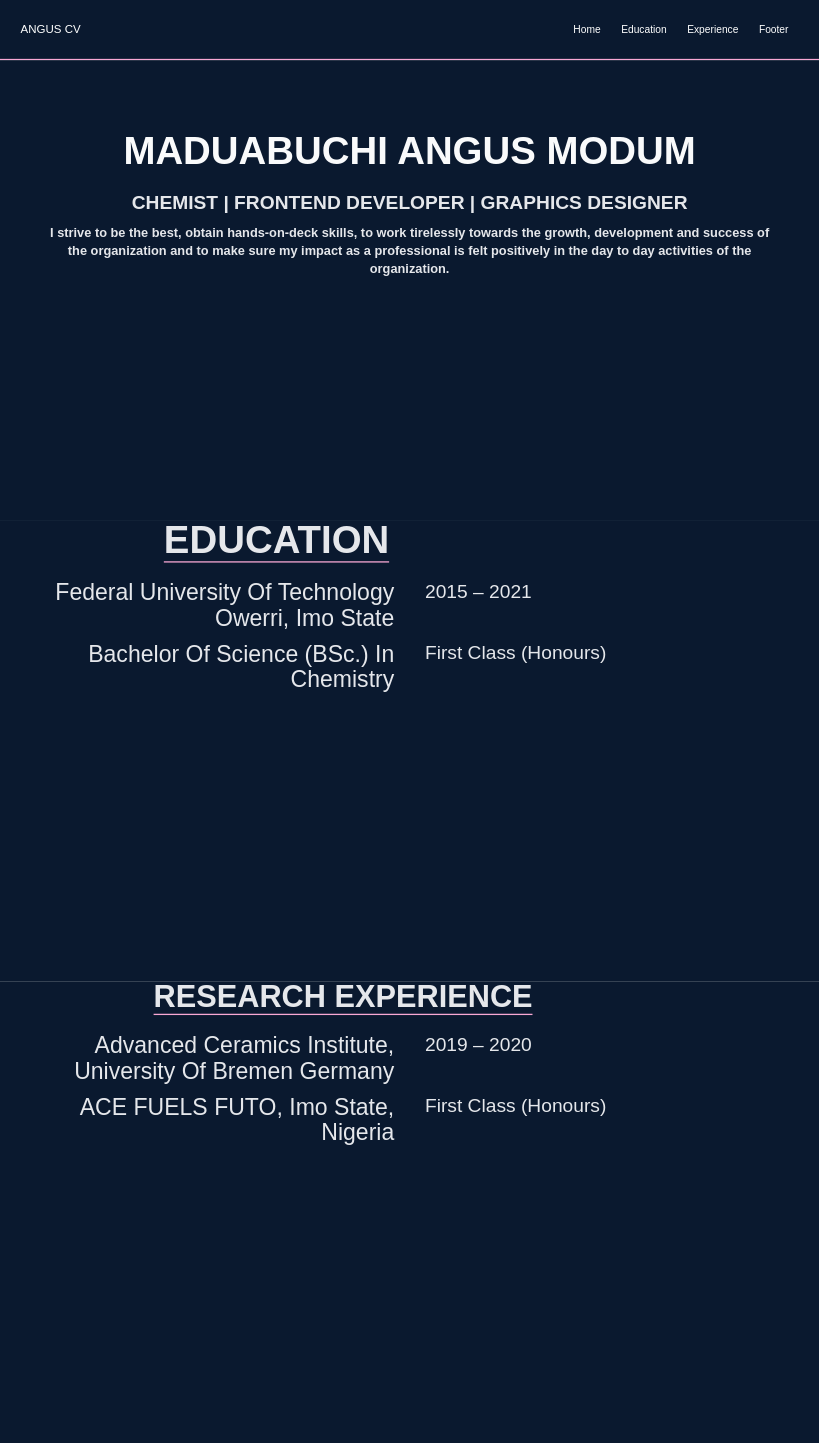
Repository: AngusOnyebuchi/AngusOnyebuchi.github.io
Page: /
The author's editor kept a copy of each file at every save. The page is drawn from the files as they stood at one save, then again after the next save.
The browser window is 1280 px wide. The pictures show the whole page, at 64% of full size.
The project was rebuilt for these pictures with package versions that can differ from the ones it lists, and the page was loaded fresh each time.

Above is the page before, as saved 2022-04-17 20:13:01.

### public/index.html
<!DOCTYPE html>
<html lang="en">
  <head>
    <meta charset="utf-8" />
    <link rel="icon" href="%PUBLIC_URL%/favicon.ico" />
    <meta name="viewport" content="width=device-width, initial-scale=1" />
    <meta name="theme-color" content="#000000" />
    <meta
      name="description"
      content="Web site created using create-react-app"
    />
    <link rel="apple-touch-icon" href="%PUBLIC_URL%/logo192.png" />
    <!--
      manifest.json provides metadata used when your web app is installed on a
      user's mobile device or desktop. See https://developers.google.com/web/fundamentals/web-app-manifest/
    -->
    <link rel="manifest" href="%PUBLIC_URL%/manifest.json" />
    <!--
      Notice the use of %PUBLIC_URL% in the tags above.
      It will be replaced with the URL of the `public` folder during the build.
      Only files inside the `public` folder can be referenced from the HTML.

      Unlike "/favicon.ico" or "favicon.ico", "%PUBLIC_URL%/favicon.ico" will
      work correctly both with client-side routing and a non-root public URL.
      Learn how to configure a non-root public URL by running `npm run build`.
    -->
    <title>Angus CV </title>
  </head>
  <body>
    <noscript>You need to enable JavaScript to run this app.</noscript>
    <div id="root"></div>
    <!--
      This HTML file is a template.
      If you open it directly in the browser, you will see an empty page.

      You can add webfonts, meta tags, or analytics to this file.
      The build step will place the bundled scripts into the <body> tag.

      To begin the development, run `npm start` or `yarn start`.
      To create a production bundle, use `npm run build` or `yarn build`.
    -->
  </body>
</html>

### src/index.js
import React from "react";
import ReactDOM from "react-dom";
import "./style.css"
import App from "./App";

ReactDOM.render(<App/>, document.getElementById("root"))

### src/style.css
@tailwind base;
@tailwind components;
@tailwind utilities;

@layer base {
    body{
        @apply font-[Sans-serif];
    }
    li {
        @apply px-4;
        @apply cursor-pointer;
    }
}

### src/App.js
import React from "react";
import Home from "./components/Home"
import Education from "./components/Education";
import Experience from "./components/Experience";
import NavBar from "./components/NavBar";

export default function App() {
  return (
    <div>
      <NavBar/>
      <Home/>
      <Education/>
      <Experience/>
    </div>
  )
}

### src/components/Home.js
import React from "react";
import {FaWhatsapp, FaLocationArrow, FaSearchLocation} from "react-icons/fa"
import {HiOutlineMail} from "react-icons/hi"

export default function Home() {
    return (
        <div className="w-full h-screen p-4 bg-[#0a192f] text-gray-200">
            <h1 className="text-4xl md:text-6xl font-bold uppercase pt-24 text-center text-gray-50">Maduabuchi Angus Modum</h1>
            <h3 className="text-xl md:text-3xl font-bold uppercase pt-8 text-center">Chemist  |  Frontend Developer  |  Graphics Designer</h3>
            <p className="font-bold text-center justify-center text-lg md:text-xl max-w-[1200px] mx-12 mt-4">I strive to be the best, obtain hands-on-deck skills,
                to work tirelessly towards the growth, development and success of the organization and to make sure my impact
                as a professional is felt positively in the day to day activities of the organization.</p>

        </div>
    )
}

### src/components/Education.js
import React from "react";

export default function Education() {
    return(
        <div className="bg-[#0a192f] w-full h-screen text-gray-200">
            <h1 className="text-4xl md:text-6xl font-bold uppercase pt-24 text-center text-gray-200 inline border-b-2 border-pink-300 ml-24 sm:ml-64">Education</h1>
            <div className="grid grid-cols-2 gap-12 mx-16 pt-8 ">
                <h3 className="capitalize text-xl md:text-4xl text-right">Federal university of technology owerri, Imo state</h3>
                <h4 className="text-lg md:text-3xl ">2015 – 2021</h4>
            </div>
            <div className="grid grid-cols-2 gap-12 mx-16 pt-4">
                <h3 className="capitalize text-xl md:text-4xl text-right">Bachelor of Science (BSc.) in Chemistry</h3>
                <h4 className="text-lg md:text-3xl ">First Class (Honours)</h4>
            </div>
        </div>
    )
}

### src/components/Experience.js
import React from "react";

export default function Experience() {
    return(
        <div className="bg-[#0a192f] w-full h-screen text-gray-200">
            <h1 className="text-3xl md:text-5xl font-bold uppercase pt-24 text-center text-gray-200 inline border-b-2 border-pink-300 ml-12 sm:ml-60">research experience</h1>
            <div className="grid grid-cols-2 gap-12 mx-16 pt-8 ">
                <h3 className="capitalize text-xl md:text-4xl text-right">Advanced Ceramics Institute, University of Bremen Germany</h3>
                <h4 className="text-lg md:text-3xl ">2019 – 2020</h4>
            </div>
            <div className="grid grid-cols-2 gap-12 mx-16 pt-4">
                <h3 className="capitalize text-xl md:text-4xl text-right">ACE FUELS FUTO, Imo state, Nigeria</h3>
                <h4 className="text-lg md:text-3xl ">First Class (Honours)</h4>
            </div>
        </div>
    )
}

### src/components/NavBar.js
import React, {useState} from "react";
import {FaTimes, FaBars} from "react-icons/fa"

export default function NavBar() {

    const [nav, setNav] = useState(true)
    const toggle = () => setNav(!nav)

    return(
        <div className="bg-[#0a192f] text-white w-full p-8 flex justify-between items-center border-b-2 border-pink-300">
            <h1 className="uppercase text-lg">Angus CV</h1>

            <ul className=" hidden sm:flex justify-between">
                <li className="hover:border-b-2 border-pink-300 ">Home</li>
                <li className="hover:border-b-2 border-pink-300 ">Education</li>
                <li className="hover:border-b-2 border-pink-300 ">Experience</li>
                <li className="hover:border-b-2 border-pink-300 ">Footer</li>
            </ul>

            {/** Mobile list */}
            <div onClick={toggle} className="sm:hidden z-10">
                {nav ? <FaBars/> : <FaTimes/>}
            </div>
            <ul className={nav ? 'hidden' : 'absolute top-0 left-0 w-full h-screen bg-inherit flex flex-col justify-center items-center my-8 sm:hidden'}>
                    <li>Home</li>
                    <li>Education</li>
                    <li>Experience</li>
                    <li>Footer</li>
            </ul>
        </div>
    )
}

Loaded but not shown: tailwind.config.js (common file)

After the next save:
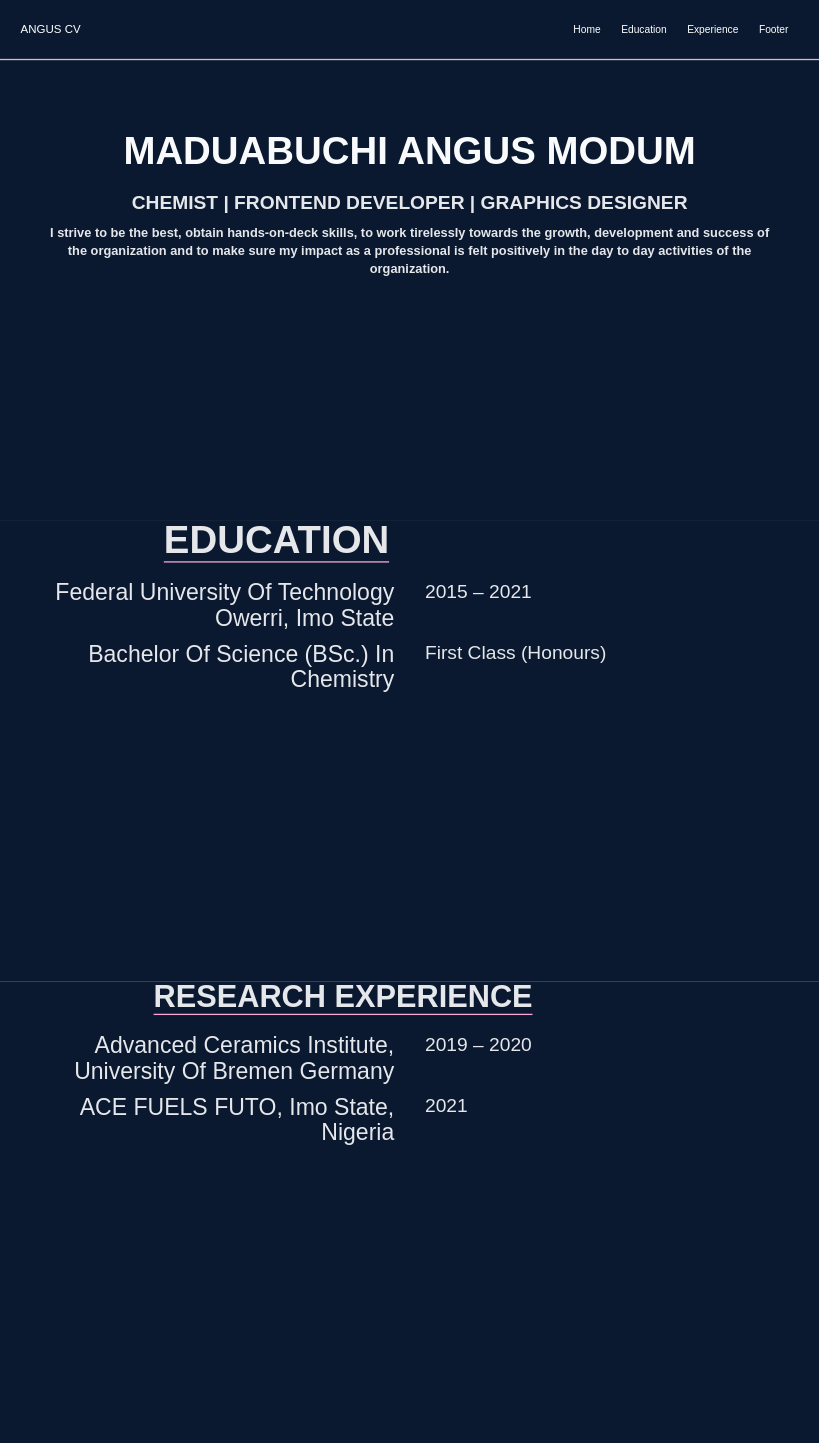
Saved 20 s later.
--- a/src/components/Experience.js
+++ b/src/components/Experience.js
@@ -10,7 +10,7 @@ export default function Experience() {
             </div>
             <div className="grid grid-cols-2 gap-12 mx-16 pt-4">
                 <h3 className="capitalize text-xl md:text-4xl text-right">ACE FUELS FUTO, Imo state, Nigeria</h3>
-                <h4 className="text-lg md:text-3xl ">First Class (Honours)</h4>
+                <h4 className="text-lg md:text-3xl ">2021</h4>
             </div>
         </div>
     )
